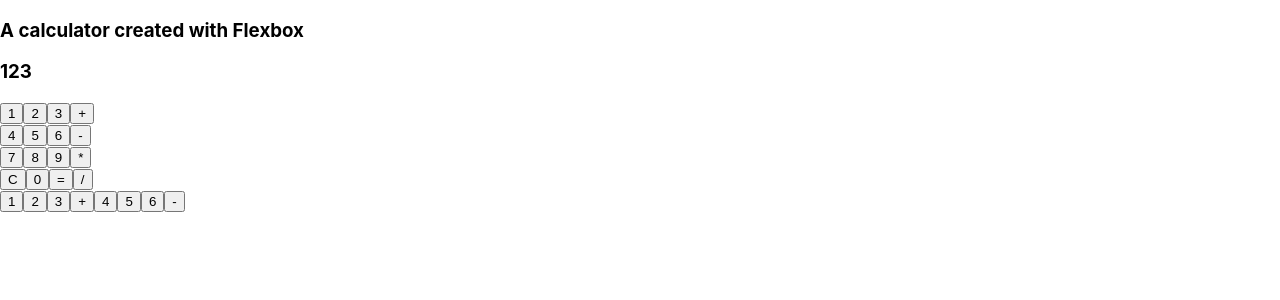
Repository: qudos4real/calculator
Page: /
The author's editor kept a copy of each file at every save. The page is drawn from the files as they stood at one save, then again after the next save.
The browser window is 1280 px wide. The pictures show the whole page.
The project was rebuilt for these pictures with package versions that can differ from the ones it lists, and the page was loaded fresh each time.

Above is the page before, as saved 2022-10-08 19:20:23.

### src/index.css
body {
  margin: 0;
  font-family: -apple-system, BlinkMacSystemFont, 'Segoe UI', 'Roboto', 'Oxygen',
    'Ubuntu', 'Cantarell', 'Fira Sans', 'Droid Sans', 'Helvetica Neue',
    sans-serif;
  -webkit-font-smoothing: antialiased;
  -moz-osx-font-smoothing: grayscale;
}

code {
  font-family: source-code-pro, Menlo, Monaco, Consolas, 'Courier New',
    monospace;
}
   border: 10px solid black;

### src/App.js
import Buttons from "./components/Buttons";
import Main from "./components/Main";


const numbers = [1,2,3,"+"]


function App() {
  return (
    <div>
     <Main />
     <Buttons />
    </div>
  );
}

export default App;

### src/components/Buttons.js
import React from 'react'
import './Buttons.css'

const numbers = [[1, 2, 3, "+"], [4,5,6,"-"]]

function Buttons() {
    return (
        <div className='buttonWrapper'>
          {numbers.flat().map((num) => {
                return (
                    <button key={num} className="num" value={num} onClick={() => {
                        console.log(`${num} clicked`)
                    }
                    } >{num}</button>
                )
            })}

            {/* {numbers.map((num) => {
                return (
                    <button key={num} className="num" value={num} onClick={() => {
                        console.log(`${num} clicked`)
                    }
                    } >{num}</button>
                )
            })} */}
        </div>
    )
}

export default Buttons

### src/components/main.js

import React from 'react'

function Main() {
    return (
        <>
            <div className="major-container">
                <h3>A calculator created with Flexbox</h3>
                <div className="container">
                    <div className="output"><h3>123</h3></div>
                    <div className="container-elements">
                        <div className="container2">
                            <button className="calc_btn number">1</button>
                            <button className="calc_btn number">2</button>
                            <button className="calc_btn number">3</button>
                            <button className="calc_btn operator">+</button>
                        </div>
                        <div className="container2">
                            <button className="calc_btn number">4</button>
                            <button className="calc_btn number">5</button>
                            <button className="calc_btn number">6</button>
                            <button className="calc_btn operator">-</button>
                        </div>
                        <div className="container2">
                            <button className="calc_btn number">7</button>
                            <button className="calc_btn number">8</button>
                            <button className="calc_btn number">9</button>
                            <button className="calc_btn operator">*</button>
                        </div>
                        <div className="container2">
                            <button className="calc_btn cancel">C</button>
                            <button className="calc_btn number">0</button>
                            <button className="calc_btn number">=</button>
                            <button className="calc_btn operator">/</button>
                        </div>
                    </div>
                </div>
            </div>
        </>
    )
}

export default Main;

### src/components/Buttons.css
.buttonWrapper {
    width: 500px
}

Loaded but not shown: public/index.html (common file); src/index.js (common file)

After the next save:
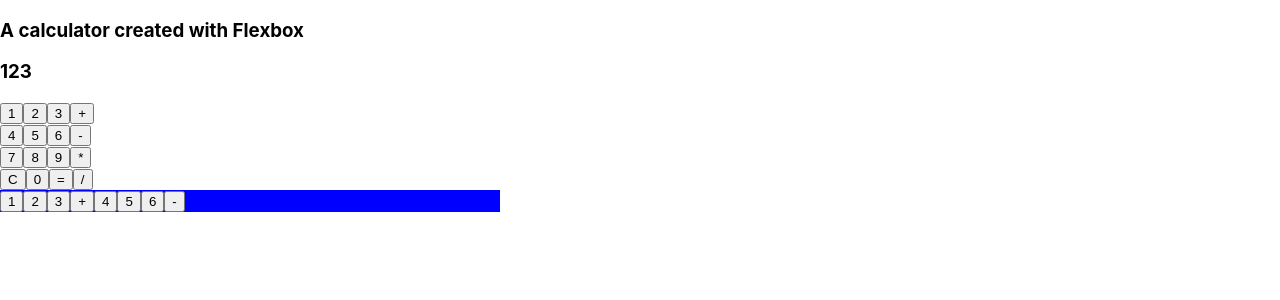
Saved 38 s later.
--- a/src/components/Buttons.css
+++ b/src/components/Buttons.css
@@ -1,3 +1,4 @@
 .buttonWrapper {
-    width: 500px
+    width: 500px;
+    background-color: blue;
 }
